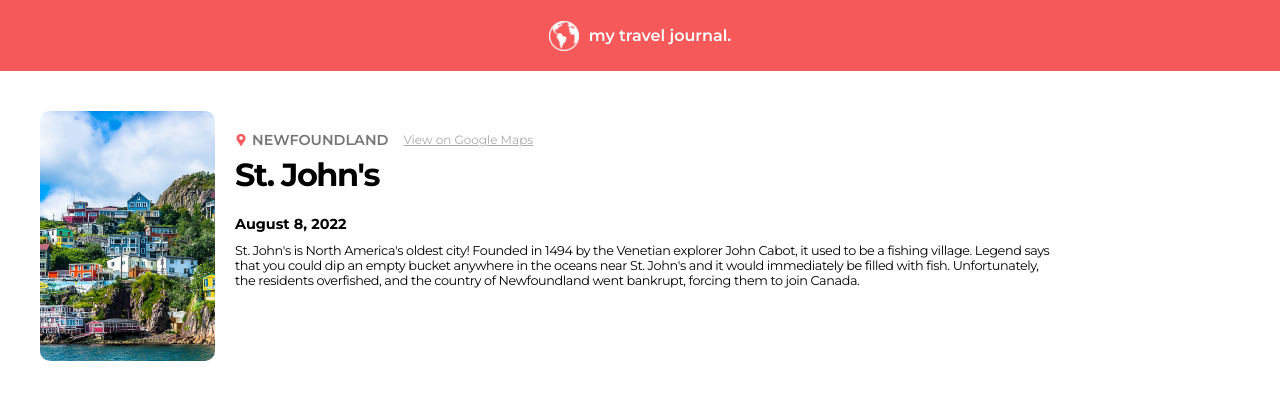
Repository: jsong552/my-city-checklist
Page: /
These files come from the project's save history. The page is drawn as it stood at one moment and after the next save; the edit follows.
The browser window is 1280 px wide. The pictures show the whole page.
The project was rebuilt for these pictures with package versions that can differ from the ones it lists, and the page was loaded fresh each time. Imported but missing from the stored project, and not drawn on this page: src/reportWebVitals.

Above is the page before, as saved 2023-12-29 19:08:02.

### public/index.html
<!DOCTYPE html>
<html lang="en">
  <head>
    <meta charset="utf-8" />
    <link rel="preconnect" href="https://fonts.googleapis.com">
    <link rel="preconnect" href="https://fonts.gstatic.com" crossorigin>
    <link href="https://fonts.googleapis.com/css2?family=Inter:wght@400;600;700&family=Montserrat:wght@200;300;400;500;600;700&display=swap" rel="stylesheet">
    <link rel="icon" href="%PUBLIC_URL%/favicon.ico" />
    <meta name="viewport" content="width=device-width, initial-scale=1" />
    <meta name="theme-color" content="#000000" />
    <meta
      name="description"
      content="Web site created using create-react-app"
    />
    <link rel="apple-touch-icon" href="%PUBLIC_URL%/logo192.png" />
    <!--
      manifest.json provides metadata used when your web app is installed on a
      user's mobile device or desktop. See https://developers.google.com/web/fundamentals/web-app-manifest/
    -->
    <link rel="manifest" href="%PUBLIC_URL%/manifest.json" />
    <!--
      Notice the use of %PUBLIC_URL% in the tags above.
      It will be replaced with the URL of the `public` folder during the build.
      Only files inside the `public` folder can be referenced from the HTML.

      Unlike "/favicon.ico" or "favicon.ico", "%PUBLIC_URL%/favicon.ico" will
      work correctly both with client-side routing and a non-root public URL.
      Learn how to configure a non-root public URL by running `npm run build`.
    -->
    <title>React App</title>
  </head>
  <body>
    <noscript>You need to enable JavaScript to run this app.</noscript>
    <div id="root"></div>
    <!--
      This HTML file is a template.
      If you open it directly in the browser, you will see an empty page.

      You can add webfonts, meta tags, or analytics to this file.
      The build step will place the bundled scripts into the <body> tag.

      To begin the development, run `npm start` or `yarn start`.
      To create a production bundle, use `npm run build` or `yarn build`.
    -->
  </body>
</html>

### src/index.css
body {
    margin: 0px;
}

.navbar {
    display: flex;
    align-items: center;
    padding: 10px;
    justify-content: center;
    background-color: #F6595A;
}

.navbar img {
    width: 30px;
    margin-right: 10px;
}

.navbar p {
    color: white;
    font-family: Montserrat;
    font-weight: 600;
}

/* card styles */

.cardsContainer {
    margin-left: 40px;
    margin-top: 40px;
}

.card {
    display: flex;
    font-family: Montserrat;
}

.imageOfLocation {
    height: 250px;
    width: 175px;
    border-radius: 10px;
    object-fit: cover;
}

.cardInfo {
    margin-left: 20px;
    padding-top: 20px;
    width: 66%;
}

.locationMarker {
    width: 12px;
    margin-right: 5px;
}

.cardLocation * {
    display: inline;
}

.cardLocation h4 {
    font-weight: 600;
    font-size: 0.9rem;
    position: relative;
    bottom: 1px;
    color: #757575;
}

.cardLocation a {
    font-size: 0.75rem;
    position: relative;
    bottom: 2px;
    color: #aaaaaa;
    margin-left: 15px;
}

.cardInfo h1 {
    margin-top: 5px;
    letter-spacing: -1.5px;
}

.cardInfo h3 {
    font-size: 0.9rem;
    margin-bottom: 10px;
}

.cardInfo p {
    margin-top: 0px;
    font-size: 0.8rem;
    letter-spacing: -0.4px;
}

### src/App.js
import React from "react";
import Navbar from "./components/Navbar.js";
import Card from "./components/Card.js";

export default function App() {
    return (
        <div className="container">
            <Navbar />
            <div className="cardsContainer">
                <Card />
            </div>
        </div>
    )
}

### src/components/Navbar.js
import React from "react";

export default function Navbar() {
    return (
        <nav className="navbar">
            <img src={require('../images/logo.png')} alt="logo"/>
            <p>my travel journal.</p>
        </nav>
    )
}

### src/components/Card.js
import React from "react";

export default function Card() {
    return (
        <div className="card">
            <img className="imageOfLocation" src={require('../images/stjohns.jpg')} alt="St. Johns Downtown" />
            <div className="cardInfo">
                <span className="cardLocation">
                    <img className="locationMarker" src={require('../images/location-marker.png')} />
                    <h4>NEWFOUNDLAND</h4>
                    <a href="https://www.google.com/maps/place/St.+John's,+NL/@47.4825126,-52.9947887,11z/data=!3m1!4b1!4m6!3m5!1s0x4b0ca38e6b0aa261:0x9e1fd4001f12261f!8m2!3d47.5556097!4d-52.7452511!16zL20vMGo4cDY?hl=en&entry=ttu">View on Google Maps</a>
                </span>
                <h1>St. John's</h1>
                <h3>August 8, 2022</h3>
                <p>St. John's is North America's oldest city! Founded in 1494 by the
                    Venetian explorer John Cabot, it used to be a fishing village.
                    Legend says that you could dip an empty bucket anywhere in the oceans
                    near St. John's and it would immediately be filled with fish. Unfortunately,
                    the residents overfished, and the country of Newfoundland went bankrupt, forcing
                    them to join Canada.
                </p>
            </div>
        </div>
    )
}

Loaded but not shown: src/index.js (common file)

After the next save:
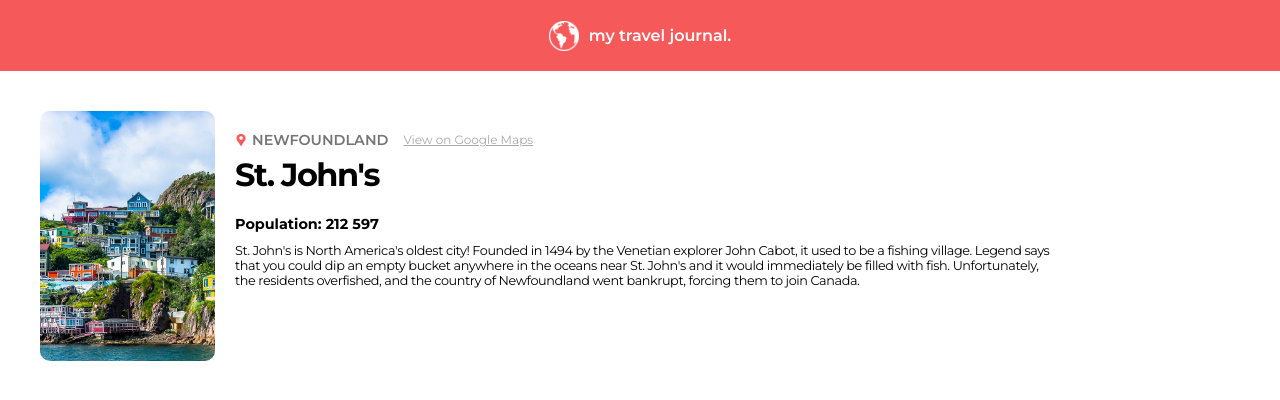
Saved 5 min 1 s later.
--- a/src/components/Card.js
+++ b/src/components/Card.js
@@ -11,7 +11,7 @@ export default function Card() {
                     <a href="https://www.google.com/maps/place/St.+John's,+NL/@47.4825126,-52.9947887,11z/data=!3m1!4b1!4m6!3m5!1s0x4b0ca38e6b0aa261:0x9e1fd4001f12261f!8m2!3d47.5556097!4d-52.7452511!16zL20vMGo4cDY?hl=en&entry=ttu">View on Google Maps</a>
                 </span>
                 <h1>St. John's</h1>
-                <h3>August 8, 2022</h3>
+                <h3>Population: 212 597</h3>
                 <p>St. John's is North America's oldest city! Founded in 1494 by the
                     Venetian explorer John Cabot, it used to be a fishing village.
                     Legend says that you could dip an empty bucket anywhere in the oceans
